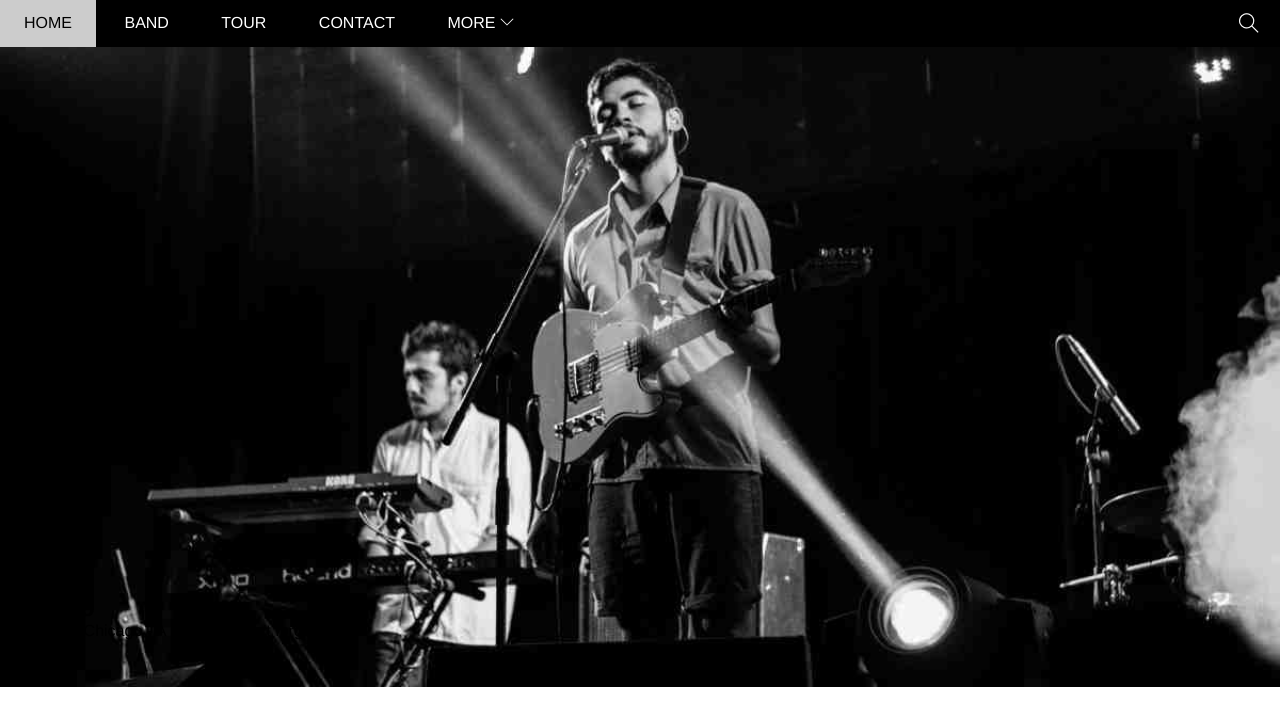
Repository: qhoa25623/The-Band
Page: index.html
These files come from the project's save history. The page is drawn as it stood at one moment and after a run of saves; the edit follows.
The browser window is 1280 px wide. The pictures show the whole page.

Above is the page before, as saved 2022-04-25 22:51:28.

After the next 2 saves:
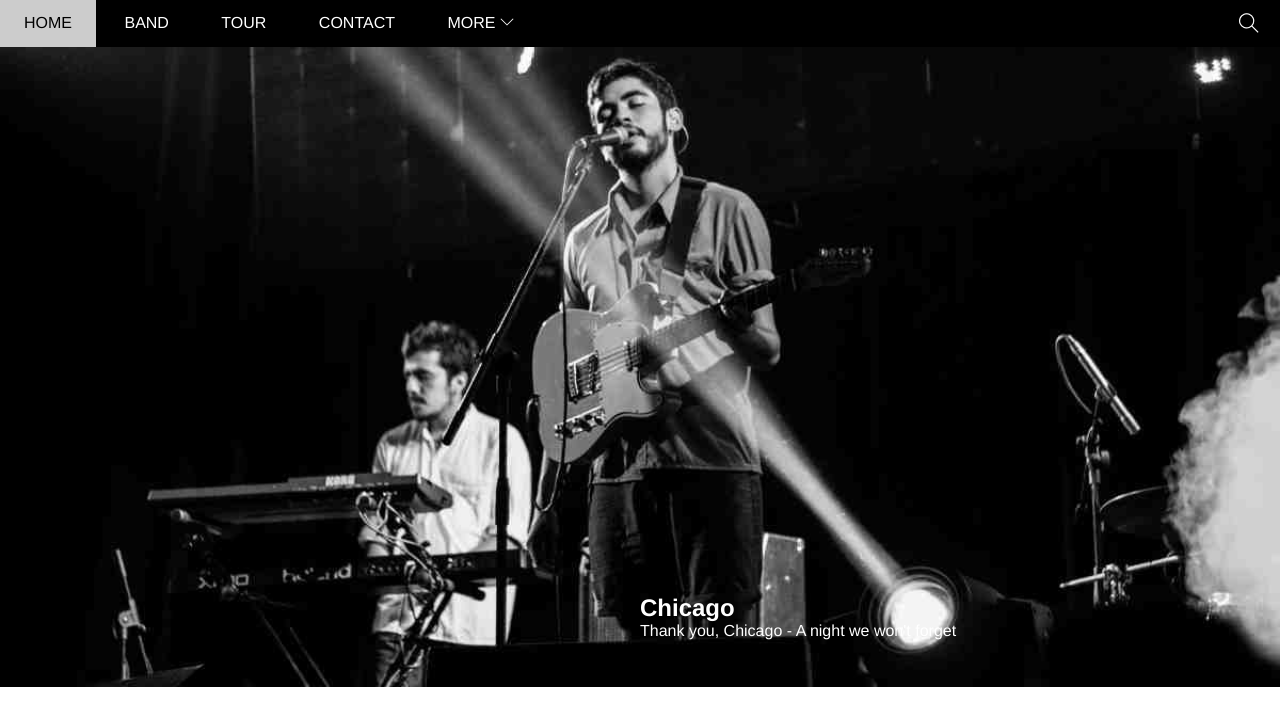
The 2 saves are shown as one change because they came seconds apart.
The last was saved 8 s later.
--- a/assets/css/styles.css
+++ b/assets/css/styles.css
@@ -86,7 +86,8 @@ html {
 #slider .text-content {
   position: absolute;
   bottom: 47px;
-  color:
+  color: #fff;
+  left: 50%;
 }
 #slider .text-heading {
 }
